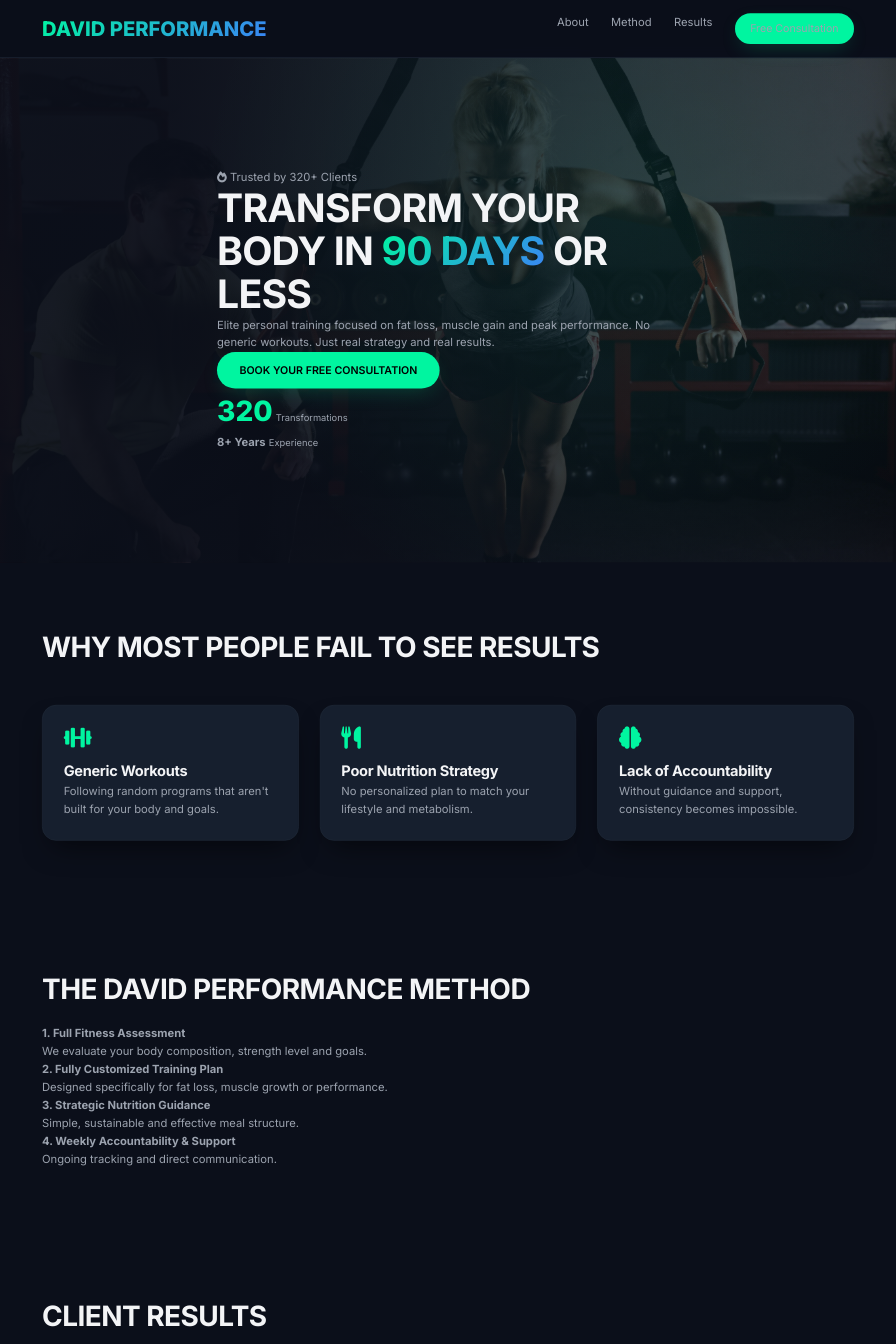
Repository: davidfsillva/Landing-page-pro
Page: index.html
These files come from the project's save history. The page is drawn as it stood at one moment and after the next save; the edit follows.
The browser window is 1280 px wide. The pictures show the part of the page from y = 0 to 1920 px (the page is 3509 px tall), at 70% of full size.

Above is the page before, as saved 2026-02-24 20:54:22.

### index.html
<!DOCTYPE html>
<html lang="en">
<head>
    <!-- ================= BASIC META ================= -->
    <meta charset="UTF-8">
    <meta name="viewport" content="width=device-width, initial-scale=1.0, maximum-scale=5.0">
    <meta name="robots" content="index, follow">
    <link rel="canonical" href="https://www.davidperformance.com">

    <!-- ================= SEO ================= -->
    <title>David Performance | Elite Personal Trainer</title>
    <meta name="description" content="Elite personal training focused on fat loss, muscle building and peak performance. Customized programs, strategic nutrition and real accountability. Book your free fitness consultation today.">

    <!-- ================= OPEN GRAPH ================= -->
    <meta property="og:title" content="David Performance | Transform Your Body in 90 Days">
    <meta property="og:description" content="Personalized training programs with proven results. Limited spots available.">
    <meta property="og:type" content="website">
    <meta property="og:image" content="https://placehold.co/1200x630/0B1020/00FF99?text=DAVID+PERFORMANCE">
    <meta property="og:url" content="https://www.davidperformance.com">
    <meta name="twitter:card" content="summary_large_image">

    <!-- ================= FONTS ================= -->
    <link rel="preconnect" href="https://fonts.googleapis.com">
    <link href="https://fonts.googleapis.com/css2?family=Inter:wght@300;400;600;700;800&display=swap" rel="stylesheet">

    <!-- Icons -->
    <link rel="stylesheet" href="https://cdnjs.cloudflare.com/ajax/libs/font-awesome/6.0.0-beta3/css/all.min.css">

    <!-- CSS -->
    <link rel="stylesheet" href="style.css">

    <!-- ================= PIXEL / TRACKING ================= -->
    <!-- Add Meta Pixel or Google Tag Manager here -->
</head>

<body>

<header>
    <div class="container header-flex">
        <div class="logo">DAVID PERFORMANCE</div>

        <button class="menu-toggle" id="menuToggle" aria-label="Open Menu">
            <i class="fas fa-bars"></i>
        </button>

        <nav>
            <ul class="nav-menu" id="navMenu">
                <li><a href="#about">About</a></li>
                <li><a href="#method">Method</a></li>
                <li><a href="#results">Results</a></li>
                <li><a href="#contact" class="btn btn-primary" style="padding:10px 22px;">
                    Free Consultation
                </a></li>
            </ul>
        </nav>
    </div>
</header>

<main>

<!-- ================= HERO ================= -->
<section class="hero-nova" id="home">
    <div class="hero-overlay"></div>

    <div class="container hero-content">

        <div class="hero-badge reveal">
            <i class="fas fa-fire"></i>
            Trusted by 320+ Clients
        </div>

        <h1 class="reveal">
            TRANSFORM YOUR BODY IN
            <span class="gradient-text">90 DAYS</span>
            OR LESS
        </h1>

        <p class="reveal">
            Elite personal training focused on fat loss, muscle gain and peak performance.
            No generic workouts. Just real strategy and real results.
        </p>

        <div class="hero-cta reveal">
            <a href="#contact" class="btn btn-primary btn-hero">
                BOOK YOUR FREE CONSULTATION
            </a>
        </div>

        <div class="hero-proof reveal">
            <div class="proof-item">
                <span class="counter-number" data-target="320">0</span>
                <small>Transformations</small>
            </div>

            <div class="proof-divider"></div>

            <div class="proof-item">
                <strong>8+ Years</strong>
                <small>Experience</small>
            </div>
        </div>

    </div>
</section>

<!-- ================= ABOUT ================= -->
<section id="about">
    <div class="container">
        <h2 class="reveal">WHY MOST PEOPLE FAIL TO SEE RESULTS</h2>

        <div class="cards-grid">
            <article class="card reveal">
                <i class="fas fa-dumbbell"></i>
                <h3>Generic Workouts</h3>
                <p>Following random programs that aren't built for your body and goals.</p>
            </article>

            <article class="card reveal">
                <i class="fas fa-utensils"></i>
                <h3>Poor Nutrition Strategy</h3>
                <p>No personalized plan to match your lifestyle and metabolism.</p>
            </article>

            <article class="card reveal">
                <i class="fas fa-brain"></i>
                <h3>Lack of Accountability</h3>
                <p>Without guidance and support, consistency becomes impossible.</p>
            </article>
        </div>
    </div>
</section>

<!-- ================= METHOD ================= -->
<section id="method" class="problema">
    <div class="container">
        <h2 class="reveal">THE DAVID PERFORMANCE METHOD</h2>

        <div class="solucao-item reveal">
            <strong>1. Full Fitness Assessment</strong>
            <p>We evaluate your body composition, strength level and goals.</p>
        </div>

        <div class="solucao-item reveal">
            <strong>2. Fully Customized Training Plan</strong>
            <p>Designed specifically for fat loss, muscle growth or performance.</p>
        </div>

        <div class="solucao-item reveal">
            <strong>3. Strategic Nutrition Guidance</strong>
            <p>Simple, sustainable and effective meal structure.</p>
        </div>

        <div class="solucao-item reveal">
            <strong>4. Weekly Accountability & Support</strong>
            <p>Ongoing tracking and direct communication.</p>
        </div>
    </div>
</section>

<!-- ================= RESULTS ================= -->
<section id="results">
    <div class="container">
        <h2 class="reveal">CLIENT RESULTS</h2>

        <div class="depoimentos-grid">

            <div class="depoimento-card reveal">
                <p>"I lost 28 pounds in 4 months and gained confidence I never had before."</p>
                <div class="autor">— Michael R.</div>
            </div>

            <div class="depoimento-card reveal">
                <p>"Best investment I’ve made for my health. Completely transformed my body."</p>
                <div class="autor">— Sarah T.</div>
            </div>

            <div class="depoimento-card reveal">
                <p>"Structured, professional and motivating. Results speak for themselves."</p>
                <div class="autor">— Daniel K.</div>
            </div>

        </div>
    </div>
</section>

<!-- ================= AUTHORITY ================= -->
<section>
    <div class="container">
        <h2 class="reveal">WHY TRAIN WITH ME?</h2>

        <div class="cards-grid">
            <div class="card reveal">
                <h3>Certified Trainer</h3>
                <p>Professional certification and proven methodology.</p>
            </div>

            <div class="card reveal">
                <h3>Data-Driven Approach</h3>
                <p>Training decisions based on performance metrics.</p>
            </div>

            <div class="card reveal">
                <h3>Real Accountability</h3>
                <p>You won’t do this alone. Structured follow-up every week.</p>
            </div>
        </div>
    </div>
</section>

<!-- ================= CONTACT / CTA ================= -->
<section id="contact" class="cta-final">
    <div class="container">
        <h2 class="reveal">BOOK YOUR FREE FITNESS CONSULTATION</h2>

        <p class="reveal">
            Limited availability each week for personalized coaching.
        </p>

        <form id="leadForm" class="cta-form reveal" novalidate>
            <input type="text" id="name" placeholder="Full Name" required>
            <input type="email" id="email" placeholder="Email Address" required>
            <input type="tel" id="phone" placeholder="Phone Number" required>

            <button type="submit" class="btn btn-primary">
                SCHEDULE MY CONSULTATION
            </button>

            <div id="formFeedback"></div>
        </form>
    </div>
</section>

</main>

<footer>
    <div class="container footer-grid">

        <div>
            <div class="logo" style="-webkit-text-fill-color:white;">DAVID PERFORMANCE</div>
            <p style="margin:16px 0;">
                Elite coaching for serious results.
            </p>
        </div>

        <div>
            <h4>Navigation</h4>
            <a href="#about">About</a>
            <a href="#method">Method</a>
            <a href="#results">Results</a>
        </div>

        <div>
            <h4>Legal</h4>
            <a href="#">Privacy Policy</a>
            <a href="#">Terms of Service</a>
        </div>

        <div>
            <h4>Contact</h4>
            <a href="#"><i class="fab fa-instagram"></i> @davidperformance</a>
            <a href="#"><i class="fab fa-whatsapp"></i> +1 (555) 123-4567</a>
        </div>

    </div>

    <div style="text-align:center; margin-top:40px; color:#4A5578;">
        © 2026 David Performance. All rights reserved.
    </div>
</footer>

<script src="script.js" defer></script>

</body>
</html>

### style.css
/* =======================================================
   RESET
======================================================= */
*,
*::before,
*::after {
    margin: 0;
    padding: 0;
    box-sizing: border-box;
}

:root {

    /* Colors */
    --bg-primary: #0B0F1A;
    --bg-secondary: #111827;
    --bg-card: #161F2E;

    --text-light: #F3F4F6;
    --text-dim: #9CA3AF;

    --accent-primary: #00F5A0;
    --accent-secondary: #3B82F6;
    --accent-glow: rgba(0,245,160,0.25);

    --border-color: #1F2937;

    /* UI */
    --radius: 20px;
    --radius-lg: 28px;

    --shadow-card: 0 20px 40px -15px rgba(0,0,0,0.6);
    --shadow-strong: 0 25px 60px -20px rgba(0,245,160,0.2);

    --transition: all .35s cubic-bezier(.2,.8,.2,1);

    --font: 'Inter', sans-serif;
}

html {
    scroll-behavior: smooth;
}

body {
    font-family: var(--font);
    background: var(--bg-primary);
    color: var(--text-dim);
    line-height: 1.6;
    -webkit-font-smoothing: antialiased;
}

/* =======================================================
   TYPOGRAPHY
======================================================= */
h1, h2, h3, h4 {
    color: var(--text-light);
    font-weight: 700;
    letter-spacing: -0.02em;
}

h1 {
    font-size: 2.6rem;
    line-height: 1.1;
}

h2 {
    font-size: 2rem;
    margin-bottom: 1.2rem;
}

h3 {
    font-size: 1.3rem;
}

p {
    font-size: 1rem;
}

.gradient-text {
    background: linear-gradient(135deg, var(--accent-primary), var(--accent-secondary));
    -webkit-background-clip: text;
    -webkit-text-fill-color: transparent;
}

/* =======================================================
   LAYOUT
======================================================= */
.container {
    width: 100%;
    max-width: 1200px;
    margin: 0 auto;
    padding: 0 20px;
}

section {
    padding: 90px 0;
    position: relative;
}

/* =======================================================
   BUTTONS
======================================================= */
.btn {
    display: inline-flex;
    align-items: center;
    justify-content: center;
    padding: 14px 32px;
    border-radius: 50px;
    font-weight: 600;
    font-size: 0.95rem;
    cursor: pointer;
    transition: var(--transition);
    text-decoration: none;
    border: none;
}

.btn-primary {
    background: var(--accent-primary);
    color: #000;
    box-shadow: 0 10px 30px -10px var(--accent-glow);
}

.btn-primary:hover {
    transform: translateY(-3px) scale(1.04);
    box-shadow: 0 20px 40px -10px var(--accent-glow);
}

.btn-primary:active {
    transform: scale(0.97);
}

.btn-outline {
    background: transparent;
    border: 1px solid var(--accent-primary);
    color: var(--accent-primary);
}

.btn-outline:hover {
    background: rgba(0,245,160,0.1);
}

/* =======================================================
   HEADER
======================================================= */
header {
    position: sticky;
    top: 0;
    z-index: 1000;
    background: rgba(11,15,26,0.85);
    backdrop-filter: blur(12px);
    border-bottom: 1px solid var(--border-color);
    padding: 18px 0;
}

.header-flex {
    display: flex;
    justify-content: space-between;
    align-items: center;
}

.logo {
    font-size: 1.8rem;
    font-weight: 800;
    background: linear-gradient(135deg, var(--accent-primary), var(--accent-secondary));
    -webkit-background-clip: text;
    -webkit-text-fill-color: transparent;
}

.nav-menu {
    display: flex;
    list-style: none;
    gap: 32px;
}

.nav-menu a {
    text-decoration: none;
    color: var(--text-dim);
    font-weight: 500;
    transition: .3s;
}

.nav-menu a:hover {
    color: var(--accent-primary);
}

.menu-toggle {
    display: none;
    font-size: 1.8rem;
    background: none;
    border: none;
    color: var(--accent-primary);
    cursor: pointer;
}

/* =======================================================
   HERO NOVA
======================================================= */
.hero-nova {
    position: relative;
    min-height: 100vh;
    display: flex;
    align-items: center;
    background: url("img/pexels-pixabay-414029.jpg") center center / cover no-repeat;
    overflow: hidden;
}

.hero-nova::after {
    content: "";
    position: absolute;
    inset: 0;
    background: radial-gradient(circle at 70% 30%, rgba(0,245,160,0.08), transparent 60%);
}

.hero-overlay {
    position: absolute;
    inset: 0;
    background: linear-gradient(
        90deg,
        rgba(11,15,26,0.95) 20%,
        rgba(11,15,26,0.85) 50%,
        rgba(11,15,26,0.6) 100%
    );
}

.hero-content {
    position: relative;
    z-index: 2;
    max-width: 700px;
}

/* =======================================================
   CARDS (SERVICES / BENEFITS)
======================================================= */
.cards-grid {
    display: grid;
    gap: 30px;
    margin-top: 50px;
}

.card {
    background: var(--bg-card);
    padding: 30px;
    border-radius: var(--radius);
    border: 1px solid var(--border-color);
    box-shadow: var(--shadow-card);
    transition: var(--transition);
}

.card:hover {
    transform: translateY(-8px);
    border-color: var(--accent-primary);
    box-shadow: var(--shadow-strong);
}

.card i {
    font-size: 2rem;
    margin-bottom: 15px;
    color: var(--accent-primary);
}

/* =======================================================
   ABOUT / AUTHORITY
======================================================= */
.about-section {
    background: var(--bg-secondary);
}

.about-grid {
    display: grid;
    gap: 40px;
    align-items: center;
}

.about-image img {
    width: 100%;
    border-radius: var(--radius-lg);
}

/* =======================================================
   TESTIMONIALS
======================================================= */
.testimonials-grid {
    display: grid;
    gap: 30px;
    margin-top: 40px;
}

.testimonial-card {
    background: var(--bg-card);
    padding: 30px;
    border-radius: var(--radius);
    border: 1px solid var(--border-color);
}

.testimonial-card p {
    font-style: italic;
    margin-bottom: 15px;
}

.author {
    font-weight: 600;
    color: var(--accent-primary);
}

/* =======================================================
   TRANSFORMATIONS
======================================================= */
.transformations-grid {
    display: grid;
    gap: 25px;
    margin-top: 40px;
}

.transformations-grid img {
    width: 100%;
    border-radius: var(--radius);
}

/* =======================================================
   CTA SECTION
======================================================= */
.cta-section {
    background: linear-gradient(145deg, #0D1322, #060912);
    text-align: center;
    border-top: 1px solid var(--accent-primary);
}

.cta-form {
    max-width: 500px;
    margin: 40px auto 0;
    display: flex;
    flex-direction: column;
    gap: 18px;
}

.cta-form input,
.cta-form textarea {
    padding: 14px 20px;
    border-radius: 40px;
    border: 1px solid var(--border-color);
    background: #1F2937;
    color: white;
    transition: .3s;
}

.cta-form input:focus,
.cta-form textarea:focus {
    border-color: var(--accent-primary);
    outline: none;
}

/* =======================================================
   FOOTER
======================================================= */
footer {
    background: #05070E;
    padding: 60px 0;
    border-top: 1px solid var(--border-color);
}

.footer-grid {
    display: grid;
    gap: 40px;
}

.footer-grid a {
    text-decoration: none;
    color: var(--text-dim);
    display: block;
    margin: 6px 0;
    transition: .3s;
}

.footer-grid a:hover {
    color: var(--accent-primary);
}

/* =======================================================
   REVEAL ANIMATION
======================================================= */
.reveal {
    opacity: 0;
    transform: translateY(30px);
    transition: opacity .8s ease, transform .8s ease;
}

.reveal.active {
    opacity: 1;
    transform: translateY(0);
}

/* =======================================================
   COUNTER
======================================================= */
.counter-number {
    font-size: 2.5rem;
    font-weight: 800;
    color: var(--accent-primary);
}

/* =======================================================
   RESPONSIVE
======================================================= */
@media (min-width: 768px) {

    h1 { font-size: 3.5rem; }
    h2 { font-size: 2.5rem; }

    .hero-grid {
        grid-template-columns: 1fr 1fr;
        align-items: center;
    }

    .cards-grid {
        grid-template-columns: repeat(3, 1fr);
    }

    .about-grid {
        grid-template-columns: 1fr 1fr;
    }

    .testimonials-grid {
        grid-template-columns: repeat(3, 1fr);
    }

    .transformations-grid {
        grid-template-columns: repeat(3, 1fr);
    }

    .footer-grid {
        grid-template-columns: 2fr 1fr 1fr 1fr;
    }

    .menu-toggle {
        display: none;
    }
}

@media (max-width: 768px) {

    .menu-toggle {
        display: block;
    }

    .nav-menu {
        position: fixed;
        top: 80px;
        right: 0;
        width: 100%;
        flex-direction: column;
        background: rgba(11,15,26,0.98);
        padding: 40px 20px;
        gap: 25px;
        transform: translateX(100%);
        transition: .4s ease;
    }

    .nav-menu.active {
        transform: translateX(0);
    }

    .hero-nova {
        background: url("img/heromobile.webp") center center / cover no-repeat;
    }
}

Loaded but not shown: script.js (183 lines, source omitted)

After the next save:
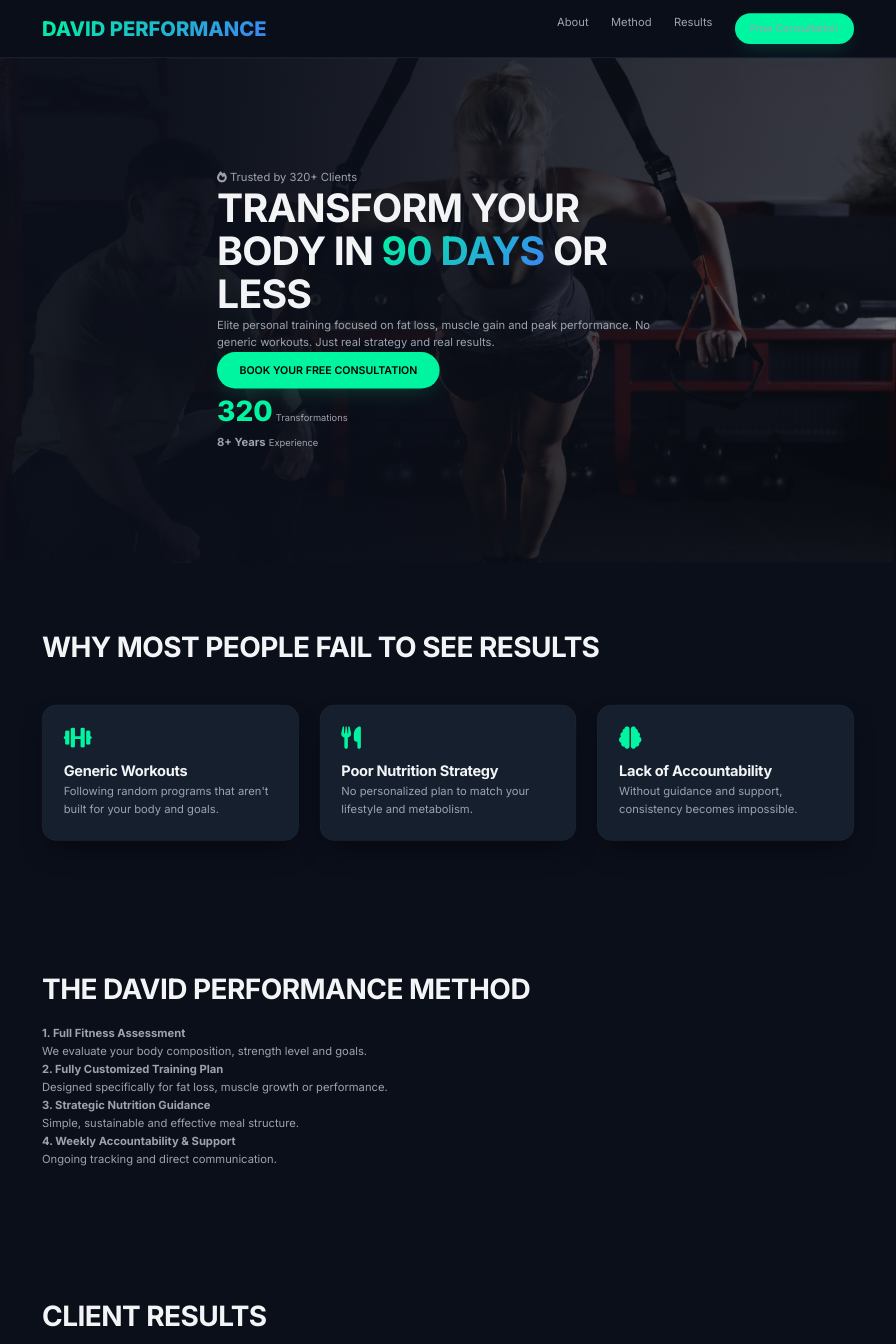
Saved 24 s later.
--- a/style.css
+++ b/style.css
@@ -204,12 +204,7 @@
     overflow: hidden;
 }
 
-.hero-nova::after {
-    content: "";
-    position: absolute;
-    inset: 0;
-    background: radial-gradient(circle at 70% 30%, rgba(0,245,160,0.08), transparent 60%);
-}
+
 
 .hero-overlay {
     position: absolute;

After the save that followed:
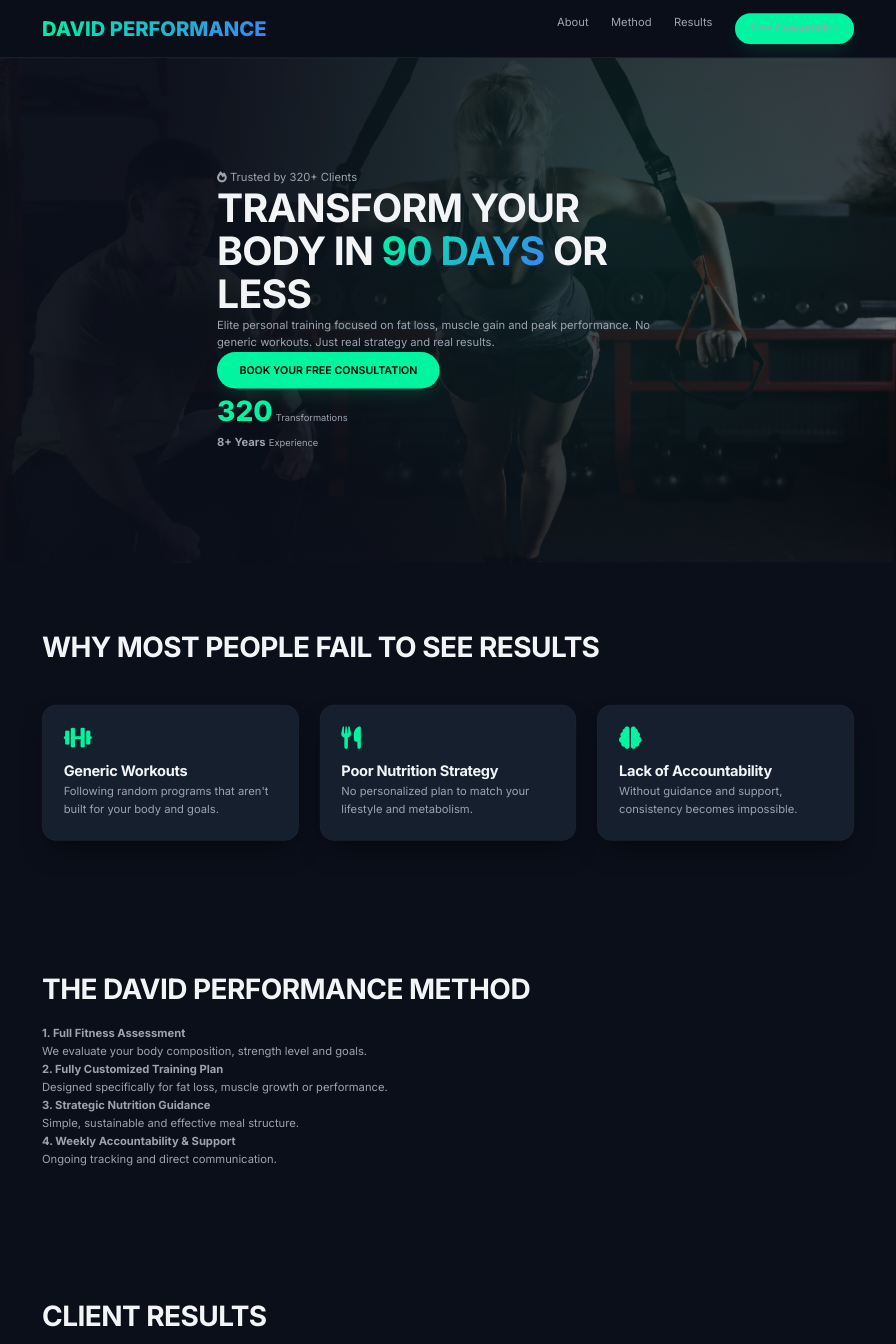
Saved 5 s later.
--- a/style.css
+++ b/style.css
@@ -204,7 +204,12 @@
     overflow: hidden;
 }
 
-
+.hero-nova::after {
+    content: "";
+    position: absolute;
+    inset: 0;
+    background: radial-gradient(circle at 70% 30%, rgba(0,245,160,0.08), transparent 60%);
+}
 
 .hero-overlay {
     position: absolute;
